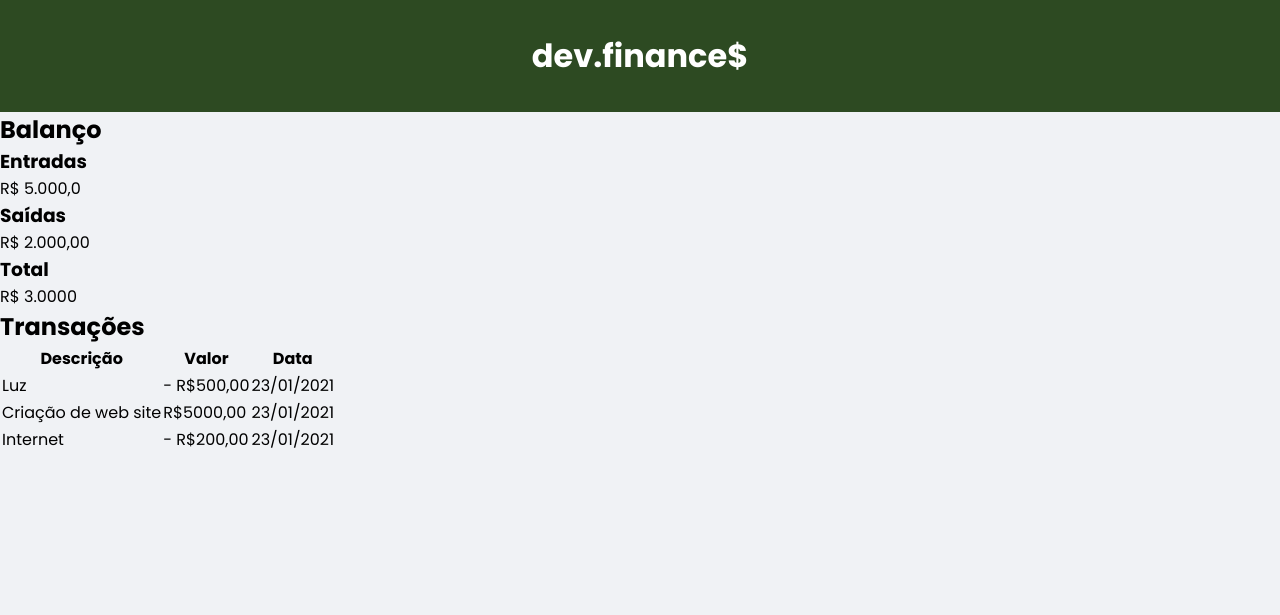
Repository: rafaelmgr12/maratona-dev01
Page: index.html
These files come from the project's save history. The page is drawn as it stood at one moment and after the next save; the edit follows.
The browser window is 1280 px wide. The pictures show the whole page.

Above is the page before, as saved 2021-04-26 20:16:07.

After the next save:
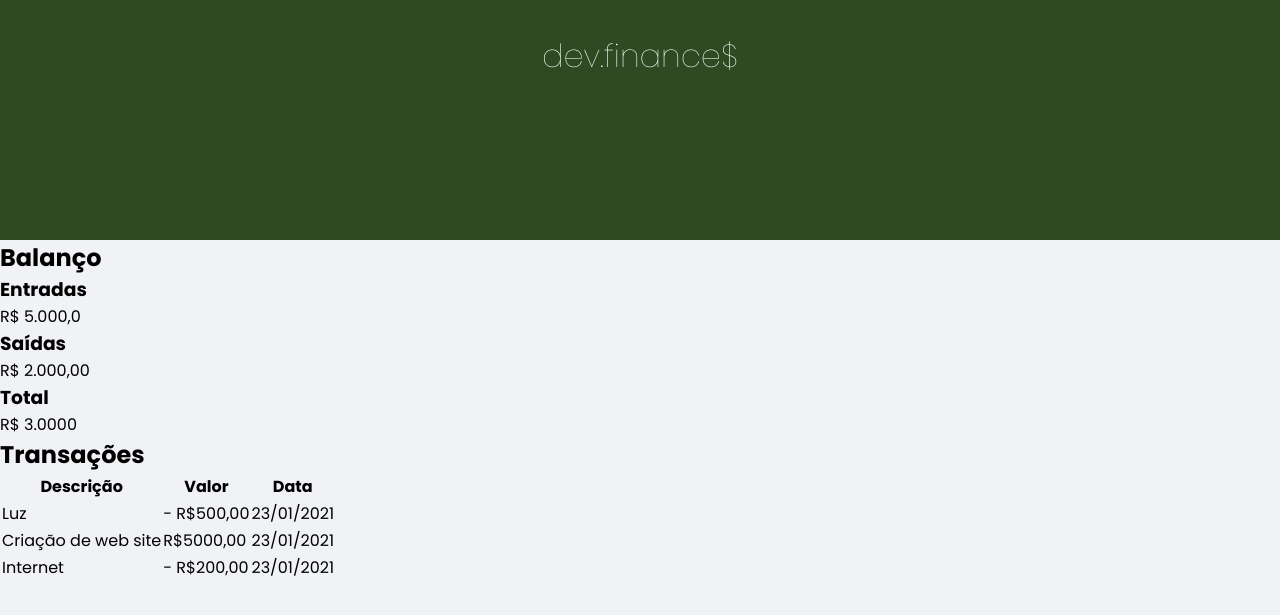
Saved 18 s later.
--- a/style.css
+++ b/style.css
@@ -11,13 +11,15 @@ body{
 /* Header ======================================== */
 header{
     background: #2d4a22;
-    padding: 2rem 0;
+    padding: 2rem 0 10rem;
     text-align: center;
 
 }
 
 #logo {
     color : #fff;
+    font-weight : 100;
+
 
 
 
